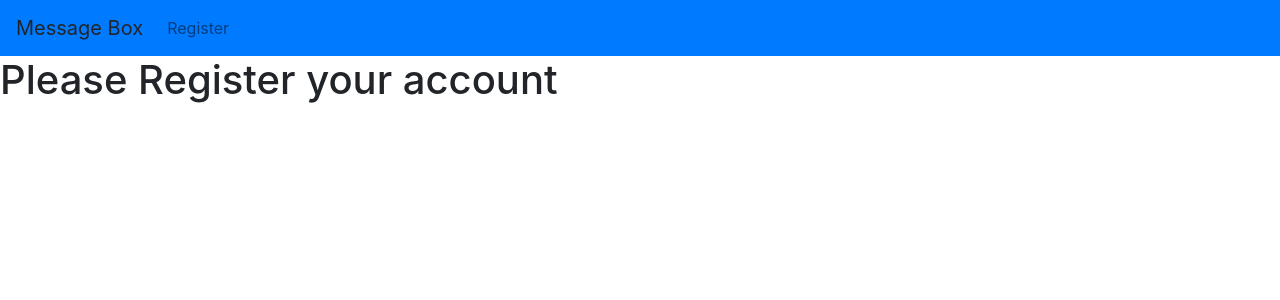
Repository: 05Mohammedismail/xworkz--Advance-Java
Page: Sep11_RegisterationForm/src/main/webapp/index.html
These files come from the project's save history. The page is drawn as it stood at one moment and after the next save; the edit follows.
The browser window is 1280 px wide. The pictures show the whole page.

Above is the page before, as saved 2023-09-12 03:58:10.

After the next save:
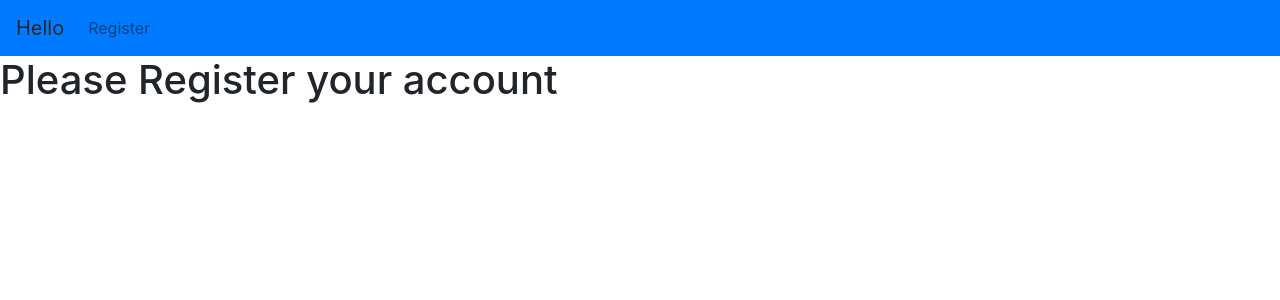
Saved 52 s later.
--- a/Sep11_RegisterationForm/src/main/webapp/index.html
+++ b/Sep11_RegisterationForm/src/main/webapp/index.html
@@ -8,7 +8,7 @@
 
   <body>
    <nav class="navbar navbar-expand-lg navbar-light bg-primary">
-  <a class="navbar-brand">Message Box</a>
+  <a class="navbar-brand">Hello</a>
   <button class="navbar-toggler" type="button" data-toggle="collapse" data-target="#navbarNav" aria-controls="navbarNav" aria-expanded="false" aria-label="Toggle navigation">
     <span class="navbar-toggler-icon"></span>
   </button>
